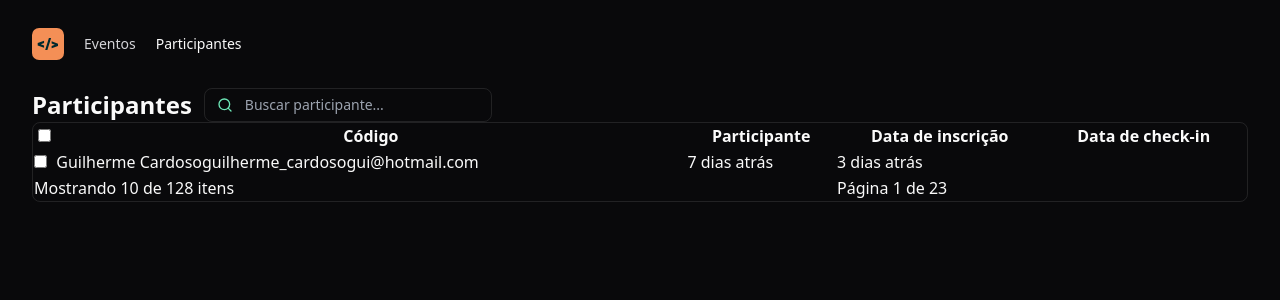
Repository: guilhermecardoso93/nlw-unite-react-2024
Page: /
The author's editor kept a copy of each file at every save. The page is drawn from the files as they stood at one save, then again after the next save.
The browser window is 1280 px wide. The pictures show the whole page.
The project was rebuilt for these pictures with package versions that can differ from the ones it lists, and the page was loaded fresh each time. Also part of the build but not shown: vite.config.ts.

Above is the page before, as saved 2024-04-01 21:40:07.

### src/App.tsx
import { Header } from "./components/header";
import { AttendeeList } from "./components/attendee-list";

export function App() {

  return (
    <div className="max-w-[1216px] mx-auto py-5 flex flex-col gap-5">
      <Header />
      <AttendeeList />
    </div>
  )
}

### src/components/header.tsx
import Logo from "../assets/nlw-unite-icon.svg";

export function Header() {
  return (
    <div className="flex items-center gap-5 py-2">
      <img src={Logo} alt="logo" />

      <nav className="flex items-center gap-5">
        <a href="" className="font-medium text-sm text-zinc-300">Eventos</a>
        <a href="" className="font-medium text-sm">Participantes</a>
      </nav>
    </div>
  );
}

### src/components/attendee-list.tsx
import { Search } from "lucide-react";

export function AttendeeList() {
  return (
    <div>
      <div className="flex gap-3 items-center">
        <h1 className="text-2xl font-bold">Participantes</h1>
        <div className="px-3 py-1.5 border border-white/10 rounded-lg text-sm w-72 flex items-center gap-3">
          <Search className="size-4 text-emerald-300" />
          <input
            placeholder="Buscar participante..."
            className="bg-transparent flex-1 outline-none"
          />
        </div>
      </div>

      <div className="border border-white/10 rounded-lg">
        <table className="w-full  ">
          <thead>
            <tr>
              <th>
                <input type="checkbox" />
              </th>
              <th>Código</th>
              <th>Participante</th>
              <th>Data de inscrição</th>
              <th>Data de check-in</th>
              <th></th>
            </tr>
          </thead>
          <tbody>
            <tr>
              <td>
                <input type="checkbox" />
              </td>
              <td>
                <div>
                  <span>Guilherme Cardoso</span>
                  <span>guilherme_cardosogui@hotmail.com</span>
                </div>
              </td>
              <td>7 dias atrás</td>
              <td>3 dias atrás</td>
              <td></td>
            </tr>
          </tbody>
          <tfoot>
            <tr>
              <td colSpan={3}>Mostrando 10 de 128 itens</td>
              <td colSpan={3}>Página 1 de 23</td>
            </tr>
          </tfoot>
        </table>
      </div>
    </div>
  );
}

### tailwind.config.js
/** @type {import('tailwindcss').Config} */
export default {
  content: [
    "./index.html",
    "./src/**/*.{js,ts,jsx,tsx}"
  ],
  theme: {
    extend: {},
  },
  plugins: [
    //require('@tailwindcss/forms')
  ],
}

Loaded but not shown: index.html (common file); src/main.tsx (common file); src/index.css (common file)

After the next save:
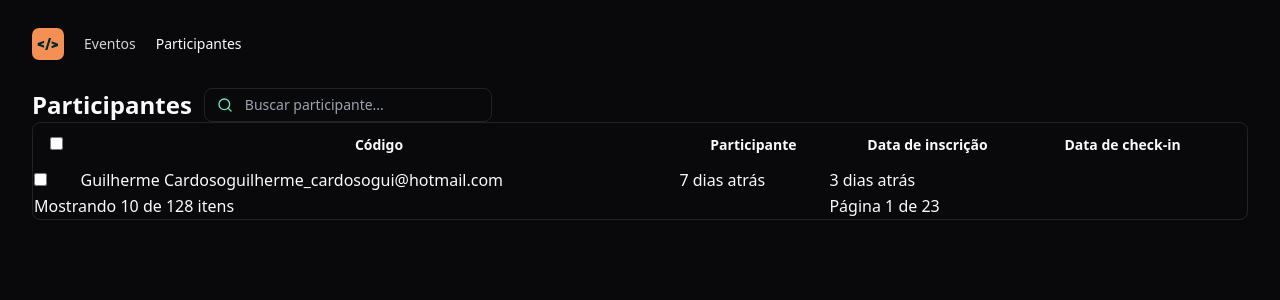
Saved 60 s later.
--- a/src/components/attendee-list.tsx
+++ b/src/components/attendee-list.tsx
@@ -18,14 +18,14 @@ export function AttendeeList() {
         <table className="w-full  ">
           <thead>
             <tr>
-              <th>
+              <th className='py-3 px-2.5 text-sm font-semibold'>
                 <input type="checkbox" />
               </th>
-              <th>Código</th>
-              <th>Participante</th>
-              <th>Data de inscrição</th>
-              <th>Data de check-in</th>
-              <th></th>
+              <th className='py-3 px-2.5 text-sm font-semibold'>Código</th>
+              <th className='py-3 px-2.5 text-sm font-semibold'>Participante</th>
+              <th className='py-3 px-2.5 text-sm font-semibold'>Data de inscrição</th>
+              <th className='py-3 px-2.5 text-sm font-semibold'>Data de check-in</th>
+              <th className='py-3 px-2.5 text-sm font-semibold'></th>
             </tr>
           </thead>
           <tbody>
